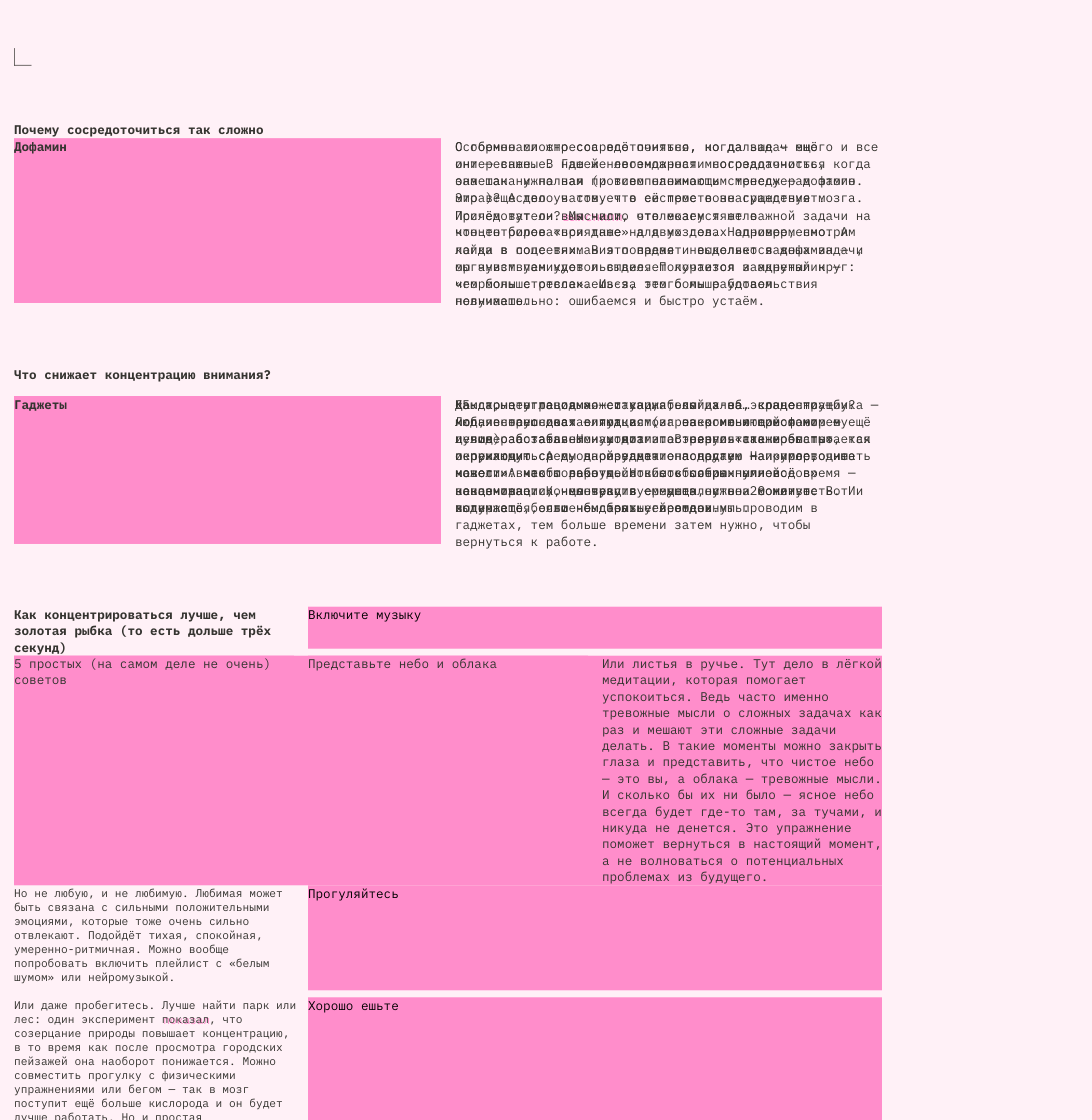
Repository: NikWolf75/slozhno-sosredotochitsya-fd
Page: index.html
These files come from the project's save history. The page is drawn as it stood at one moment and after a run of saves; the edit follows.
The browser window is 1280 px wide. The page is 1560 px wide, so the pictures cover 1560 px, including what lies to the right of the window. The pictures show the part of the page from y = 654 to 2254 px (the page is 7210 px tall before and 7200 px after), at 70% of full size.

Above is the page before, as saved 2025-02-27 23:28:30.

### index.html
<!DOCTYPE html>
<html lang="ru">
  <head>
    <meta charset="UTF-8" />
    <meta http-equiv="X-UA-Compatible" content="IE=edge" />
    <meta name="viewport" content="width=device-width, initial-scale=1.0" />
    <meta name="color-scheme" content="dark light" />
    <link rel="stylesheet" href="/fonts/fonts.css" />
    <link rel="stylesheet" href="/styles/globals.css" />
    <link rel="stylesheet" href="/styles/variables.css" />
    <link rel="stylesheet" href="/styles/style.css" />
    <link rel="stylesheet" href="/styles/dark.css" />
    <link rel="stylesheet" href="/styles/light.css" />
    <link rel="icon" href="/images/favicon.ico" sizes="any" />
    <link rel="icon" href="/images/favicon.svg" type="image/svg+xml" />
    <title>Сложно сосредоточиться</title>
    <script src="./scripts/script.js"></script>
  </head>
  <body class="page">
    <header class="header decorated-zone">
      <p class="rec_element">REC</p>
      <nav class="header__theme-menu">
        <ul class="header__theme-menu-list">
          <li class="header__theme-menu-item">
            <button
              class="header__theme-menu-button header__theme-menu-button_type_light"
            >
              День
            </button>
          </li>
          <li class="header__theme-menu-item">
            <button
              class="header__theme-menu-button header__theme-menu-button_active header__theme-menu-button_type_auto"
              disabled
            >
              Авто
            </button>
          </li>
          <li class="header__theme-menu-item">
            <button
              class="header__theme-menu-button header__theme-menu-button_type_dark"
            >
              Неон
            </button>
          </li>
        </ul>
      </nav>
      <h1 class="title_main">no focus</h1>
      <div class="title-decor">
        <p>Что делать, когда не можешь делать ничего</p>
        <p>
          Или почему нам так сложно сконцентрироваться, особенно когда очень
          надо
        </p>
      </div>
    </header>
    <main class="content">
      <section class="content__section">
        <h2 class="question_text">Почему сосредоточиться так сложно</h2>
        <article class="answer">
          <h3 class="content__answer-short">Многозадачность</h3>
          <p class="answer_large">
            Особенно сложно сосредоточиться, когда задач много и все они —
            важные. Где же легендарная многозадачность, когда она так нужна вам
            (и всем нанимающим менеджерам этого мира)? А дело в том, что её
            просто не существует. Исследователи
            <a class="link-text" href="#0">выяснили</a>, что мозгу тяжело
            концентрироваться даже на двух делах одновременно. А когда в поле
            внимания попадает несколько важных задач, организм паникует и
            выделяет кортизол и адреналин — «гормоны стресса». Из-за этого мы
            работаем невнимательно: ошибаемся и быстро устаём.
          </p>
        </article>
        <article class="answer">
          <h3 class="content__answer-short">Дофамин</h3>
          <p class="answer_large">
            С гормонами стресса всё понятно, но дальше — ещё интереснее. В нашей
            невозможности сосредоточиться замешана и полная противоположность
            стрессу — дофамин. Это вещество участвует в системе вознаграждения
            мозга. Причём тут он? Мы часто отвлекаемся от важной задачи на
            что-то более «приятное» для мозгов. Например, смотрим лайки в
            соцсетях. В это время и выделяется дофамин — и мы чувствуем
            удовольствие. Получается замкнутый круг: чем больше отвлекаешься,
            тем больше удовольствия получаешь.
          </p>
        </article>
      </section>
      <section class="content__section content__question">
        <h2 class="question_text">Что снижает концентрацию внимания?</h2>
        <article class="answer">
          <h3 class="content__answer-short">Многозадачность</h3>
          <p class="answer_large">
            Как концентрация может снижаться из-за… концентрации? Любая
            стрессовая ситуация (и резко меняющийся мир в целом) заставляет наш
            мозг постоянно «сканировать» окружающую среду на предмет опасности.
            Например, читать новости вместо работы. Но быть собранными всё время
            — невозможно. Концентрация — мышца, и она может не выдержать, если
            не давать ей отдохнуть.
          </p>
        </article>
        <article class="answer">
          <h3 class="content__answer-short">Еда</h3>
          <p class="answer_large">
            «Быстрые углеводы» — сахар, белый хлеб, сладости — молниеносно
            доставляют в мозг энергию и помогают ему лучше работать. Но уходит
            эта энергия также быстро, как и приходит. А мы в результате попадаем
            на «углеводные качели»: как только действие «быстрых углеводов»
            заканчивается, мы чувствуем усталость и сонливость. И хотим ещё
            больше быстрых углеводов.
          </p>
        </article>
        <article class="answer">
          <h3 class="content__answer-short">Гаджеты</h3>
          <p class="answer_large">
            Да-да, это та самая ситуация, когда на экране ноутбука — код, в
            наушниках — подкаст, а на компьютере фоном — ещё и видео с забавными
            утятами. В результате мозг пытается переключиться с одной задачи на
            другую — и просто не может. А чтобы вернуться к состоянию полной
            концентрации, человеку в среднем нужно 20 минут. Вот и получается,
            что чем больше времени мы проводим в гаджетах, тем больше времени
            затем нужно, чтобы вернуться к работе.
          </p>
        </article>
      </section>
      <section class="content__section">
        <h2 class="question_text">
          Как концентрироваться лучше, чем золотая рыбка (то есть дольше трёх
          секунд)
        </h2>
        <article class="answer advice">
          <h3 class="content__answer-short sub_content__answer-short">
            5 простых (на самом деле не очень) советов
          </h3>
          <h4 class="advice">
            Представьте небо и облака
          </h4>
          <p class="answer_large">
            Или листья в ручье. Тут дело в лёгкой медитации, которая помогает
            успокоиться. Ведь часто именно тревожные мысли о сложных задачах как
            раз и мешают эти сложные задачи делать. В такие моменты можно
            закрыть глаза и представить, что чистое небо — это вы, а облака —
            тревожные мысли. И сколько бы их ни было — ясное небо всегда будет
            где-то там, за тучами, и никуда не денется. Это упражнение поможет
            вернуться в настоящий момент, а не волноваться о потенциальных
            проблемах из будущего.
          </p>
        </article>
          <h4 class="advice">
            Включите музыку
          </h4>
          <p class="answer_large">
            Но не любую, и не любимую. Любимая может быть связана с сильными
            положительными эмоциями, которые тоже очень сильно отвлекают.
            Подойдёт тихая, спокойная, умеренно-ритмичная. Можно вообще
            попробовать включить плейлист с «белым шумом» или нейромузыкой.
          </p>
          <h4 class="advice">
            Прогуляйтесь
          </h4>
          <p class="answer_large">
            Или даже пробегитесь. Лучше найти парк или лес: один эксперимент
            <a class="link-text" href="#0">показал</a>, что созерцание природы
            повышает концентрацию, в то время как после просмотра городских
            пейзажей она наоборот понижается. Можно совместить прогулку с
            физическими упражнениями или бегом — так в мозг поступит ещё больше
            кислорода и он будет лучше работать. Но и простая двадцатиминутная
            прогулка — тоже отличный вариант.
          </p>
          <h4 class="advice">
            Хорошо ешьте
          </h4>
          <p class="answer_large">
            Мы — не ваша бабушка, но это правда важно. Выбирайте продукты,
            которые препятствуют резким скачкам сахара в крови. Например, с
            высоким содержанием клетчатки: овощи, ягоды, бобовые (нут, чечевица,
            фасоль), коричневый рис, хлеб из цельнозерновой пшеницы.
          </p>
          <h4 class="advice">
            Читайте
          </h4>
          <p class="answer_large">
            Настоящие бумажные книги. Это правда помогает с концентрацией: чтобы
            прочитать пост в соцсети, достаточно нескольких минут или даже
            секунд. А вот интересная книга способна затянуть и на несколько
            часов и круто тренирует направленное внимание.
          </p>
        </article>
      </section>
      <section class="content__section content__gallery">
        <h2 class="content__answer-short">А можно в картинках?</h2>
        <div class="gallery">
          <figure class="gallery__item">
            <img
              class="content__section-image"
              src="./images/sunset.png"
              alt="Вид острова на закате"
              loading="lazy"
            />
          </figure>
          <figure class="gallery__item">
            <img
              class="gallery__section-image"
              src="./images/ice-cream.png"
              alt="Чаша с мороженным"
              loading="lazy"
            />
          </figure>
          <figure class="gallery__item">
            <img
              class="gallery__section-image"
              src="./images/tape.png"
              alt="Кассета"
              loading="lazy"
            />
          </figure>
          <figure class="gallery__item">
            <img
              class="gallery__section-image"
              src="./images/books.png"
              alt="Стопка книг"
              loading="lazy"
            />
          </figure>
          <figure class="gallery__item">
            <img
              class="gallery__section-image"
              src="./images/street.png"
              alt="Улица"
              loading="lazy"
            />
          </figure>
        </div>
      </section>
    </main>
    <footer class="footer decorated-zone">
      <h2 class="title_main footer__title">focus</h2>
    </footer>
  </body>
</html>

### styles/globals.css
*,
*::before,
*::after {
  box-sizing: border-box;
}

body {
  min-inline-size: 375px;
  max-inline-size: 1440px;
  margin: 0 auto;
}

h1,
h2,
h3,
h4,
h5,
h6,
p {
  margin: 0;
}

ul {
  margin: 0;
  padding: 0;
  list-style: none;
}

picture {
  margin: 0;
  padding: 0;
}

button,
a {
  font-family: inherit;
  font-size: inherit;
  line-height: inherit;
  color: currentColor;
}

### styles/variables.css
:root {
  --main-font: 'IBM Plex mono';
}

### styles/style.css
.page {
  display: flex;
  flex-direction: column;
  font-family: var(--main-font), monospace;
  block-size: min-content;
  position: relative;
  font-weight: 700;
  background-color: var(--main-background-color);
  background-image: var(--main-background-image);
  background-attachment: fixed;
  background-position: center;
  background-size: cover;
  background-repeat: no-repeat;
 }

.decorated-zone {
  position: relative;
}

.decorated-zone::after,
.decorated-zone::before {
  position: absolute;
  inline-size: 25px;
  block-size: 25px;
  content: "";
  border: 1px solid var(--corner-color);
}

.decorated-zone::after {
  border-top: none;
  border-right: none;
  bottom: 10px;
  left: 10px;
}

.decorated-zone::before {
  border-left: none;
  border-bottom: none;
  right: 10px;
  top: 10px;
}

@media (width >= 768px) {
  .decorated-zone::after {
    bottom: 20px;
    left: 20px;
  }
}

@media (width >= 768px) {
  .decorated-zone::before {
    right: 20px;
    top: 20px;
  }
}

.rec_element {
  position: absolute;
  align-self: start;
  justify-self: end;
  margin: 0;
  right: 10px;
  margin-right: 28px;
  font-size: 18px;
  grid-column: 3;
  grid-row: 1;
  color: var(--accent-color);
  gap: 10px;
}

@media (width >= 768px) {
  .rec_element {
    right: 20px;
  }
}

.rec_element::after {
  content: "";
  border-radius: 50%;
  position: absolute;
  top: 8px;
  left: 44px;
  background: var(--accent-color);
  width: 10px;
  height: 10px;
  box-shadow: 0 0 4px 2px var(--accent-color)
}

.header {
  display: grid;
  grid-template-columns: repeat(3, 1fr);
  grid-template-rows: 1fr min-content 1fr;
  align-items: center;
  justify-items: end;
  position: relative;
  block-size: min(668px, 100vh);
  padding: 10px;
  inline-size: 100%;
 }

 @media (width >= 768px) {
  .header {
    padding: 20px 20px 20px 0;
    block-size: max(1024px, 100vh);
  }
 }

 @media (width >= 1024px) {
  .header {
    block-size: max(768px, 100vh);
  }
 }

 .header__theme-menu {
  grid-column: 3;
  grid-row: 1;
  justify-self: end;
  align-self: center;
}

@media (width >= 1024px) {
  .header__theme-menu {
    grid-column: 1 / -1;
    align-self: start;
    justify-self: center;
    margin-left: 20px;
  }
 }

.header__theme-menu-list {
  display: flex;
  flex-direction: column;
  list-style: none;
  row-gap: 10px;
}

@media (width >= 1024px) {
  .header__theme-menu-list {
    display: flex;
    flex-direction: row;
    column-gap: 10px;
  }
 }

.header__theme-menu-button {
  font-family: inherit;
  background: transparent;
  font-size: 18px;
  color: var(--menu-color);
  border: none;
  text-transform: lowercase;
  border: none;
  height: 26px;
  padding-right: 13px;
  padding-left: 13px;
}

.header__theme-menu-bitton:hover {
  outline: 1px solid var(--menu-color-rgb);
}

.header__theme-menu-button_active {
  outline: 1px solid var(--menu-color);
}

.header__theme-menu-button:focus {
  outline: none;
  text-decoration: underline;
}

.header__theme-menu-button:focus-visible {
  outline: none;
  text-decoration: underline;
}

.title_main {
  font-family: inherit;
  font-size: clamp(7.25rem, 7.0115rem + 1.0178vw, 7.5rem);
  line-height: 95.7px;
  color: var(--title-short-text-color);
  text-shadow: 4px 4px 0 var(--accent-color);
  justify-self: start;
  grid-column: 1 / -1;
  grid-row: 2;
}

@media (width >= 1024px) {
  .title_main {
    line-height: 129.5px;
  }
}

@media (width >= 768px) {
  .title_main {
    font-size: clamp(7.5rem, 0.5625rem + 14.4531vw, 9.8125rem);
    font-weight: 700;
    line-height: 99px;
  }
}

.title-decor {
  font-weight: 700;
  font-family: var(--main-font), monospace;
  font-size: 18px;
  line-height: 23.4px;
  background-color: var(--accent-color);
  color: var(--title-text-color);
  grid-row: 3;
  grid-column: 1 / -1;
  border: 1px solid var(--main-background-color);
  margin: 0;
  justify-self: end;
  align-self: center;
}

@media (width >= 768px) {
  .title-decor {
    max-width: 49%;
  }
}

.content {
  display: flex;
  box-sizing: border-box;
  flex-direction: column;
  padding: 40px 10px 0 10px;
  row-gap: 50px;
}

@media (width >= 768px) {
  .content {
    padding: 60px 20px 20px 20px;
    row-gap: 80px;
  }
}

@media (width >= 768px) {
  .content__section {
    display: grid;
    grid-template-columns: 1fr 2fr;
    column-gap: 20px;
  }
}

@media (width >= 1024px) {
  .content__section {
    column-gap: 10px;
  }
}

.content__what, .answer {
  margin-bottom: 20px;
}

.content__what, .answer:last-of-type {
  margin-bottom: 0;
}

.content__gallery, .content__answer-short {
  font-size: 18px;
}

@media (width >= 768px) and (width < 1024px) {
  .content__question,
  .content__gallery {
    display: grid;
    grid-template-columns: repeat(3, 1fr);
    grid-template-rows: min-content, 1fr;
    row-gap: 20px;
  }

  .content__question, .question_text {
    grid-row: 1;
    grid-column: 1;
  }

  .content__question, .answer {
    grid-row: 2;
    grid-column: 1 / -1;
    margin-bottom: 20px;
  }

  .content__gallery, .content__answer-short {
    grid-row: 1;
    grid-column: 1 / -1;
    margin: 0;
  }

  .content__gallery, .gallery {
    grid-row: 2;
    grid-column: 1 / -1;
  }
}

@media (width >= 1024px) {
  .content__question,
  .content__gallery {
    display: grid;
    grid-template-columns: repeat(3, 1fr);
    row-gap: 20px;
  }

  .content__question, .question_text {
    grid-row: 1;
    grid-column: 1;
  }

  .content__question, .answer {
    display: grid;
    grid-row: 2;
    grid-column: 1 / -1;
    column-gap: 20px;
    grid-template-columns: repeat(auto-fit, minmax(calc((100% - 40px) / 3), 1fr));
  }

  .content__gallery, .answer-short {
    grid-row: 1;
    grid-column: 1 / -1;
    margin: 0;
  }

  .content__gallery, .gallery {
    grid-row: 2;
    grid-column: 1 / -1;
  }
}

.question_text {
  font-family: var(--main-font), monospace;
  font-size: 18px;
  font-weight: 700;
  line-height: 23.5px;
  color: var(--question-text-color);
  margin: 0;
  margin-bottom: 20px;
}

@media (width >= 768px) {
  .question_text {
    padding-right: 9px;
    margin-bottom: 0;
  }
}

.answer {
  font-family: var(--main-font), monospace;
  font-size: 18px;
  font-weight: 700;
  line-height: 24.5px;
  color: var(--answer-short-text-color);
}

.advices {
  display: flex;
  flex-direction: column;
}

.content_how {
  display: flex;
  flex-direction: column;
}

.content__answer-short {
  color: var(--answer-short-text-color);
  background-color: var(--accent-color);
  margin: 0;
  margin-bottom: 10px;
  font-family: inherit;
  font-size: inherit;
  font-weight: inherit;
  line-height: inherit;
}

.sub_content__answer-short {
  margin-bottom: 20px;
}

.answer_large {
  font-family: inherit;
  font-size: inherit;
  font-weight: 400;
  line-height: inherit;
  color: var(--answer-text-color);
  margin: 0;
  margin-bottom: 20px;
}

.answer, .answer_large:last-of-type {
  margin-bottom: 0;
}

.link-text {
  text-decoration: none;
  color: inherit;
  text-shadow: 2px 2px 0 var(--shadow-accent-color);
}

.link-text:hover {
  border-bottom: 1px solid var(--menu-color);
}

.link-text:focus {
  outline: none;
  border: none;
}

.link-text:focus-visible {
  outline: 1px solid var(--answer-text-color);
  border: 1px solid transparent;
  color: var(--answer-text-color);
}

.advice {
  font-family: var(--main-font), monospace;
  font-size: 18px;
  font-weight: 400;
  background-color: var(--accent-color);
  line-height: 23.4px;
  margin: 0 0 10px 0;
}

.gallery {
  display: grid;
  grid-template-columns: 1fr;
  grid-template-rows: 142px 355px 237px 355px 237px;
  gap: 10px;
  grid-auto-flow: dense;
  margin-bottom: 40px;
}

.gallery__item {
  margin: o;
}

.gallery__section-image {
  object-fit: cover;
  inline-size: 100%;
  block-size: 100%;
}

@media (width >= 1024px) {
  .gallery {
    grid-template-rows: 260px 315px 433px;
  }
}

.footer {
  display: grid;
  height: 100vh;
  padding: 10px;
  block-size: max(668px, 100vh);
  grid-template-columns: 1fr;
  grid-template-rows: 1fr min-content 1fr;
}

@media (width >= 768px) {
  .footer {
    padding: 20px;
    block-size: max(1024px, 100vh);
  }
}

@media (width >= 1024px) {
  .footer {
    block-size: max(768px, 100vh);
  }
}

.footer_title {
  justify-self: center;
}

### styles/dark.css
:root.theme-dark {
  --title-short-text-color: #DB00FF;
  --header-background-image: url(../images/cover-image-dark.png);
  --title-text-color: #000028;
  --accent-color: #FF0070;
  --menu-color: #FF0070;
  --menu-color-rgb: rgba(255, 0, 112, 0.4);
  --shadow-accent-color: #FF0070;
  --main-background-color: #000028;
  --answer-text-color: #F1B2CE;
  --answer-short-text-color: #000028;
  --question-text-color: #FF0070;
  --corner-color: #FF0070;
}

.theme-dark .page {
  /* Вам также нужно будет написать ряд подобных селекторов */
}

.theme-dark li {
  outline: none;
}

@media (prefers-color-scheme: dark) {
  :root {
    /* сохраните этот селектор в приведённом виде.
      Так стили написанные ниже будут иметь больший вес,
      чем стили в медиазапросе предпочтений пользователя
    */
    --title-short-text-color: #DB00FF;
    --header-background-image: url(../images/cover-image-dark.png);
    --title-text-color: #000028;
    --accent-color: #FF0070;
    --menu-color: #FF0070;
    --menu-color-rgb: rgba(255, 0, 112, 0.4);
    --shadow-accent-color: #FF0070;
    --main-background-color: #000028;
    --answer-text-color: #F1B2CE;
    --answer-short-text-color: #000028;
    --question-text-color: #FF0070;
    --corner-color: #FF0070;
  }

  li {
    outline: none;
  }
}

### styles/light.css
:root.theme-light {
  --title-short-text-color: #FFC2E6;
  --header-background-image: url(../images/cover-image-light.png);
  --title-text-color: #353430;
  --accent-color: #FF8DCB;
  --menu-color: #353430;
  --menu-color-rgb: rgba(53, 52, 48, 0.4);
  --shadow-accent-color: #FF8DCB;
  --main-background-color: #FFF1F7;
  --answer-text-color: #353430;
  --answer-short-text-color: #353430;
  --question-text-color: #353430;
  --corner-color: #353430;
}

.theme-light .page .rec_element {
  display: none;
}

.theme-light .rec_element::after {
  display: none;
}

.theme-light li {
  outline: none;
}

@media (prefers-color-scheme: light) {
  :root {
    --title-short-text-color: #FFC2E6;
    --header-background-image: url(../images/cover-image-light.png);
    --title-text-color: #353430;
    --accent-color: #FF8DCB;
    --menu-color: #353430;
    --menu-color-rgb: rgba(53, 52, 48, 0.4);
    --shadow-accent-color: #FF8DCB;
    --main-background-color: #FFF1F7;
    --answer-text-color: #353430;
    --answer-short-text-color: #353430;
    --question-text-color: #353430;
    --corner-color: #353430;
  }


  .theme-light .rec_element {
    display: none;
  }

  .theme-auto .rec_element {
    display: none;
  }

  .rec_element .rec_element::after {
    display: none;
  }

  li {
    outline: none;
  }
}

### scripts/script.js
(function initTheme() {
  const theme = localStorage.getItem('theme');
  if (theme) {
    setTheme(theme);
  }
})();

document.addEventListener('DOMContentLoaded', () => {
  const currentTheme = [...document.documentElement.classList]
    .find((cn) => cn.startsWith('theme-'))
    ?.replace('theme-', '');
  const themeButtons = [
    ...document.querySelectorAll('.header__theme-menu-button'),
  ];
  setActiveButton(themeButtons, currentTheme);

  themeButtons.forEach((button) => {
    button.addEventListener('click', () => {
      const chosenTheme = [...button.classList]
        .find((cn) => cn.includes('_type_'))
        .split('_type_')[1];
      setTheme(chosenTheme);
      setActiveButton(themeButtons, chosenTheme);
    });
  });
});

function setTheme(theme) {
  document.documentElement.className = '';
  document.documentElement.classList.add(`theme-${theme}`);
  localStorage.setItem('theme', theme);
}

function setActiveButton(buttonsArray, theme) {
  buttonsArray.forEach((button) => {
    button.classList.remove('header__theme-menu-button_active');
    button.removeAttribute('disabled');
  });
  const target = buttonsArray.find((button) =>
    button.classList.contains(`header__theme-menu-button_type_${theme}`)
  );
  if (target) {
    target.classList.add('header__theme-menu-button_active');
    target.setAttribute('disabled', true);
  } else {
    const autoButton = document.querySelector(
      '.header__theme-menu-button_type_auto'
    );
    autoButton.classList.add('header__theme-menu-button_active');
    autoButton.setAttribute('disabled', true);
  }
}

Loaded but not shown: fonts/fonts.css (common file)

After the next 3 saves:
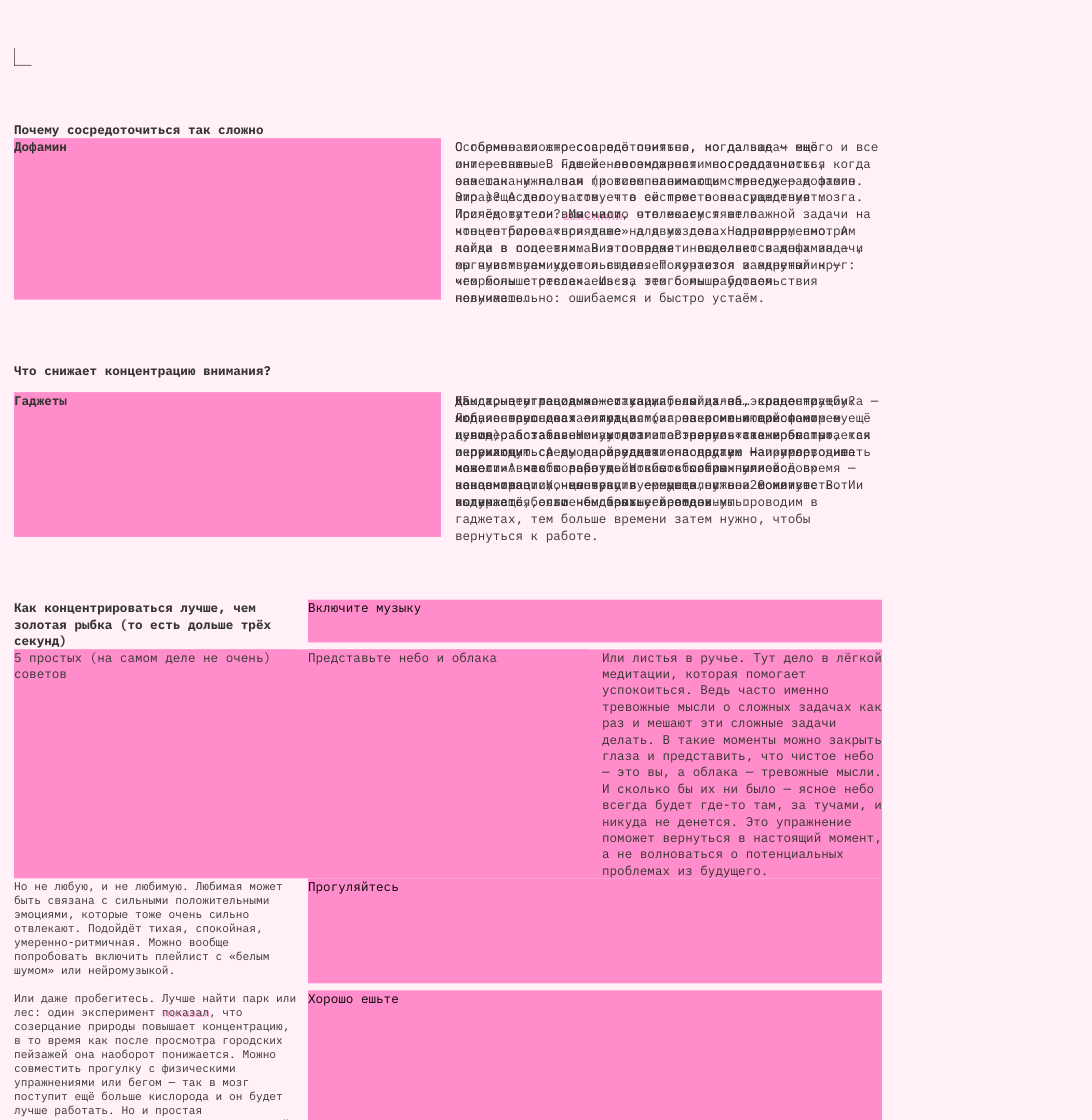
The 3 saves are shown as one change because they came seconds apart.
The last was saved 6 s later.
--- a/styles/style.css
+++ b/styles/style.css
@@ -346,7 +346,7 @@
   font-family: var(--main-font), monospace;
   font-size: 18px;
   font-weight: 700;
-  line-height: 24.5px;
+  line-height: 24px;
   color: var(--answer-short-text-color);
 }
 
